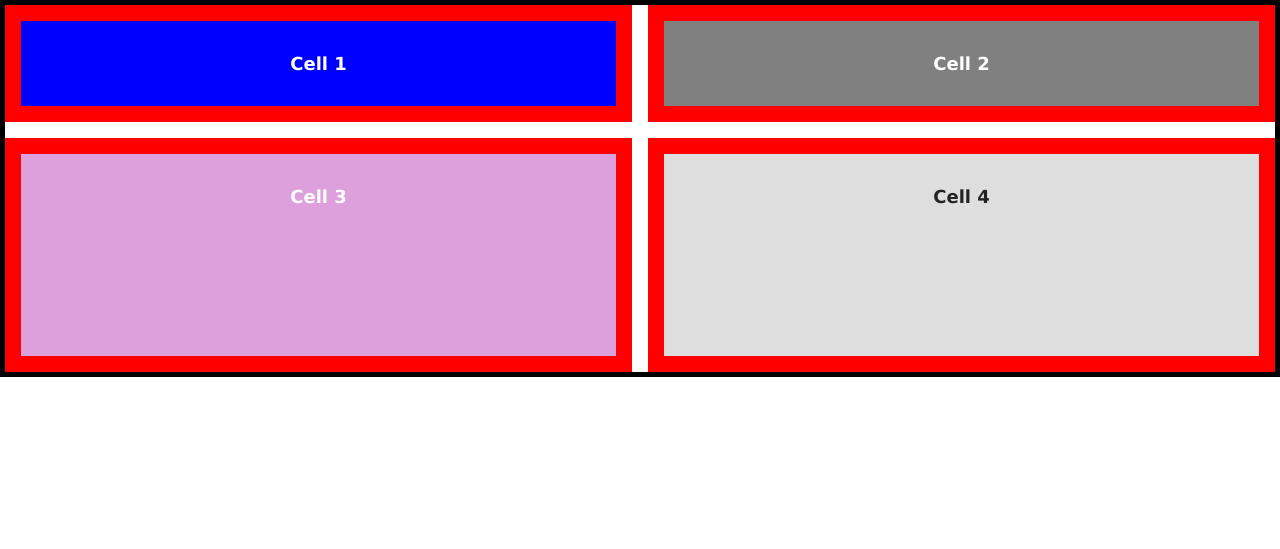
Repository: Ndifoinhilary/css_grid
Page: css-grid-learn/index.html
The author's editor kept a copy of each file at every save. The page is drawn from the files as they stood at one save, then again after the next save.
The browser window is 1280 px wide. The pictures show the whole page.

Above is the page before, as saved 2024-01-25 02:54:32.

### css-grid-learn/index.html
<!DOCTYPE html>
<html lang="en">
<head>
    <meta charset="UTF-8">
    <meta name="viewport" content="width=device-width, initial-scale=1.0">
    <title>Css grid</title>
    <link rel="stylesheet" href="/css-grid-learn/main.css">
</head>
<body>
    <div class="container">
        <div class="cell class-1  ">cell 1</div>
        <div class="cell class-2">cell 2</div>
        <div class="cell class-3">cell 3</div>
        <div class="cell class-4">cell 4</div>
    </div>
</body>
</html>

### css-grid-learn/main.css
*{
    margin: 0;
    padding: 0;
    box-sizing: border-box;
}

body{
    font-family: Verdana, Geneva, Tahoma, sans-serif;
    color: #222;
}

.container{
    border: 5px solid black;
}

.cell{
    background: #dedede;
    text-transform: capitalize;
    text-align: center;
    font-weight: bold;
    padding: 2rem;
    font-size: large;
    border:1rem solid red;
}

.container{
    display: grid;
    grid-template-columns:1fr 1fr;
    grid-template-rows: 1fr 2fr;
    grid-gap: 1rem;
}


.class-1{
    color: white;
    background: blue;

}
.class-2{
    color: white;
    background:gray;
}
.class-3{
    color: white;
    background:plum;
}

After the next save:
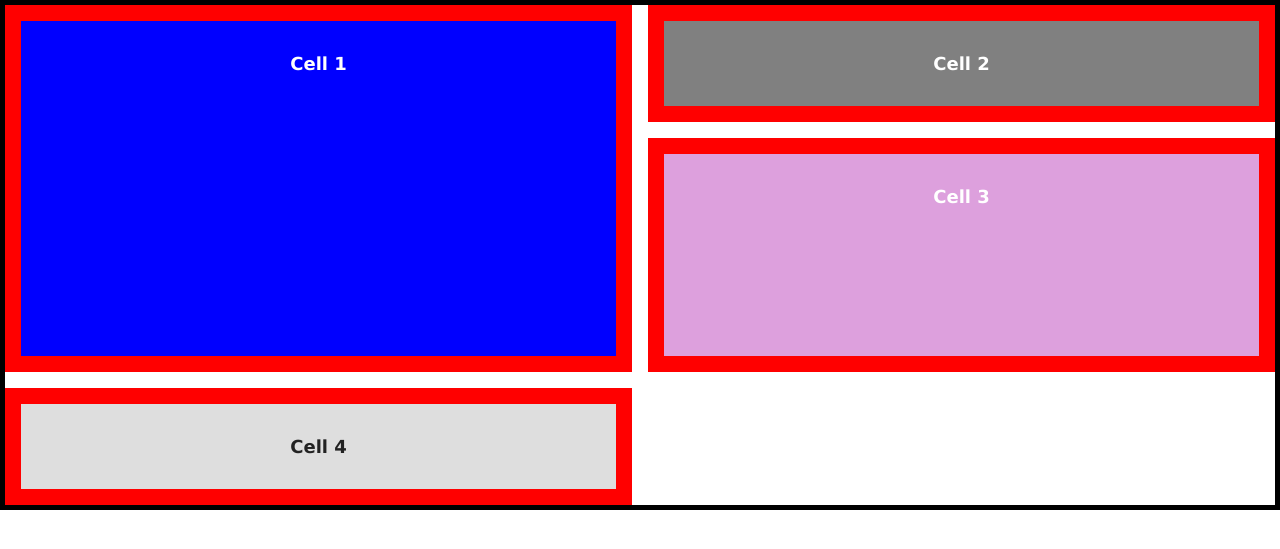
Saved 63 s later.
--- a/css-grid-learn/main.css
+++ b/css-grid-learn/main.css
@@ -34,7 +34,7 @@ body{
 .class-1{
     color: white;
     background: blue;
-
+   grid-row: 1/3;
 }
 .class-2{
     color: white;
